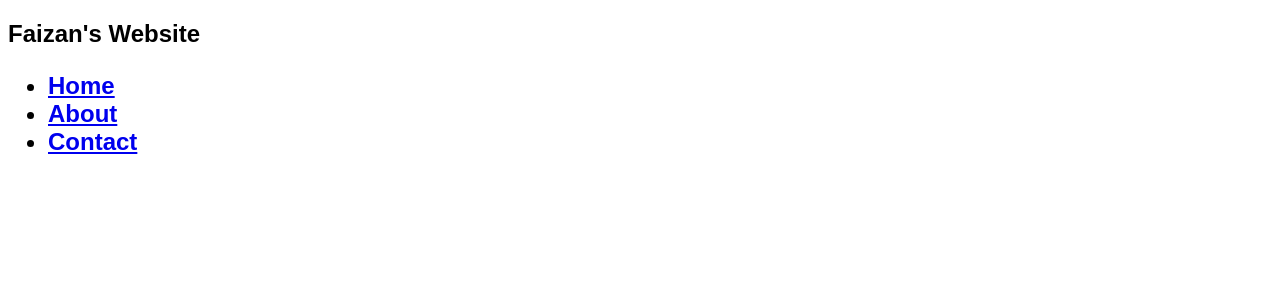
Repository: codewithfaizan/JavaScriptSelf
Page: 27.08.2022/index.html
These files come from the project's save history. The page is drawn as it stood at one moment and after the next save; the edit follows.
The browser window is 1280 px wide. The pictures show the whole page.

Above is the page before, as saved 2022-08-27 15:36:28.

After the next save:
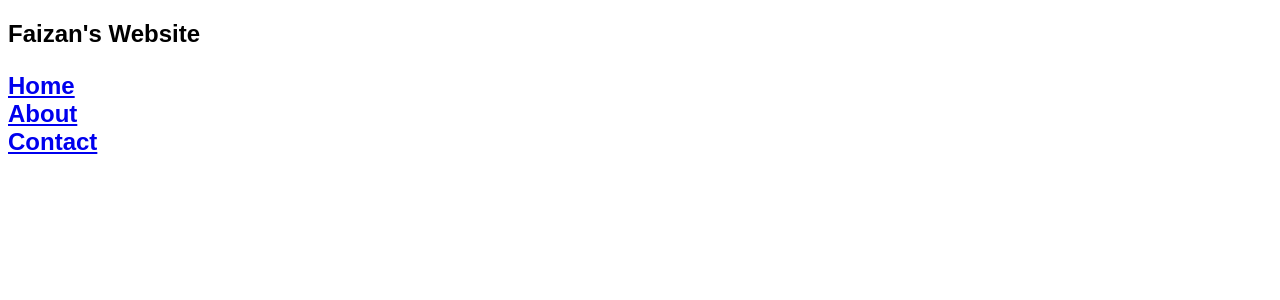
Saved 15 s later.
--- a/27.08.2022/style.css
+++ b/27.08.2022/style.css
@@ -1,5 +1,6 @@
 *{
     box-sizing: border-box;
+    padding:0
 }
 
 body {
